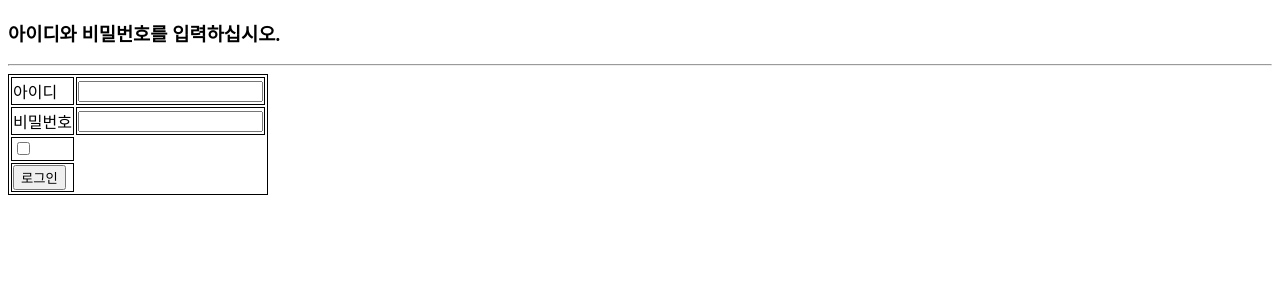
Repository: Gabintree/JDBC2019
Page: http://localhost/Oracle_20190522/chap10_login.jsp
An editor plug-in stored every save of this project. The page is shown before and after a run of saves, followed by the edit.
The browser window is 1280 px wide. The pictures show the whole page.
The page is served by Tomcat 9.

Above is the page before, as saved 2019-05-23 05:32:32.

### Oracle_20190522/WebContent/chap10_login.jsp
<%@ page language="java" contentType="text/html; charset=UTF-8"
    pageEncoding="UTF-8"%>
<!DOCTYPE html>
<html>
<head>
<meta charset="UTF-8">
<title>Insert title here</title>
</head>
<style>
table, tr, td {
border : 1px solid black;
}

</style>
<body>

<h3>아이디와 비밀번호를 입력하십시오.</h3>
<hr>

<form action ="chap10_logined.jsp" method ="post">
	<table>
		<tr>
		<td>아이디</td><td><input type ="text" name="id"></td>
		</tr>
		<tr>
		<td>비밀번호</td><td><input type ="password" name="pw"></td>
		</tr>
		<tr>
		<td><input type="checkbox" value ="아이디저장"></td>
		</tr>
		<tr>
		<td><input type="submit" value="로그인"></td>
		</tr>


	</table>
</form>

</body>
</html>

After the next 2 saves:
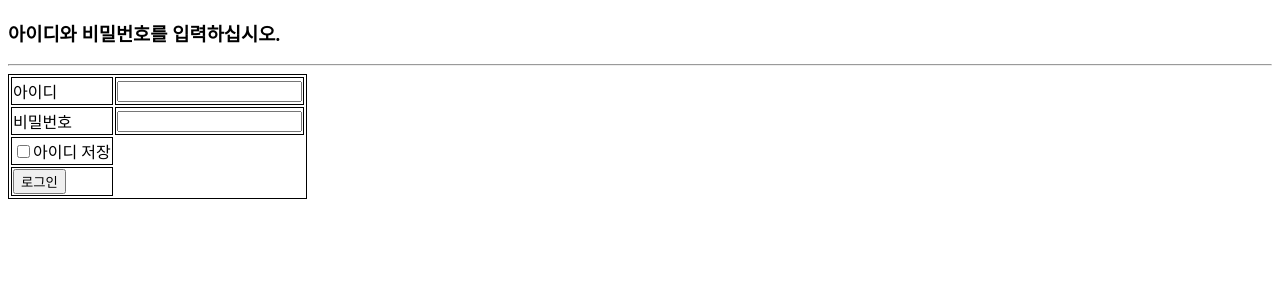
The 2 saves are shown as one change because they came seconds apart.
The last was saved 8 s later.
--- a/Oracle_20190522/WebContent/chap10_login.jsp
+++ b/Oracle_20190522/WebContent/chap10_login.jsp
@@ -26,7 +26,7 @@ border : 1px solid black;
 		<td>비밀번호</td><td><input type ="password" name="pw"></td>
 		</tr>
 		<tr>
-		<td><input type="checkbox" value ="아이디저장"></td>
+		<td><input type="checkbox" value ="아이디 저장">아이디 저장</td>
 		</tr>
 		<tr>
 		<td><input type="submit" value="로그인"></td>
